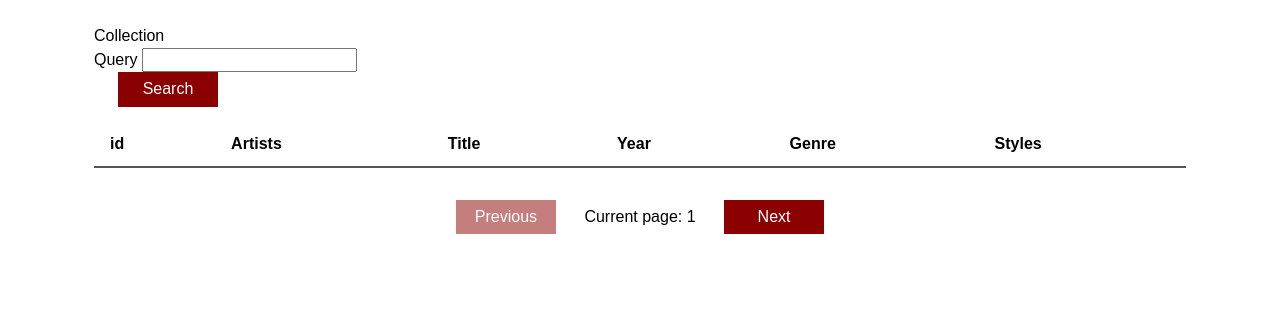
Repository: ivan-baljkas/pristupni_zadatak
Page: / (app in frontend/react-akademija-master/)
These files come from the project's save history. The page is drawn as it stood at one moment and after the next save; the edit follows.
The browser window is 1280 px wide. The pictures show the whole page.
The page's requests for data from a server got no answer. The project was rebuilt for these pictures with package versions that can differ from the ones it lists, and the page was loaded fresh each time. No one was signed in, and anything a server would have sent is missing. Also part of the build but not shown: frontend/react-akademija-master/src/components/TableItem.jsx.

Above is the page before, as saved 2021-07-22 11:16:15.

### frontend/react-akademija-master/public/index.html
<!DOCTYPE html>
<html lang="en">
  <head>
    <meta charset="utf-8" />
    <link rel="icon" href="%PUBLIC_URL%/favicon.ico" />
    <meta name="viewport" content="width=device-width, initial-scale=1" />
    <meta name="theme-color" content="#000000" />
    <meta
      name="description"
      content="Web site created using create-react-app"
    />
    <link rel="apple-touch-icon" href="%PUBLIC_URL%/logo192.png" />
    <!--
      manifest.json provides metadata used when your web app is installed on a
      user's mobile device or desktop. See https://developers.google.com/web/fundamentals/web-app-manifest/
    -->
    <link rel="manifest" href="%PUBLIC_URL%/manifest.json" />
    <!--
      Notice the use of %PUBLIC_URL% in the tags above.
      It will be replaced with the URL of the `public` folder during the build.
      Only files inside the `public` folder can be referenced from the HTML.

      Unlike "/favicon.ico" or "favicon.ico", "%PUBLIC_URL%/favicon.ico" will
      work correctly both with client-side routing and a non-root public URL.
      Learn how to configure a non-root public URL by running `npm run build`.
    -->
    <link rel="stylesheet" type="text/css" href="https://cdnjs.cloudflare.com/ajax/libs/normalize/8.0.1/normalize.min.css">
    <title>Ivan Baljkas</title>
  </head>
  <body>
    <noscript>You need to enable JavaScript to run this app.</noscript>
    <div id="root"></div>
    <!--
      This HTML file is a template.
      If you open it directly in the browser, you will see an empty page.

      You can add webfonts, meta tags, or analytics to this file.
      The build step will place the bundled scripts into the <body> tag.

      To begin the development, run `npm start` or `yarn start`.
      To create a production bundle, use `npm run build` or `yarn build`.
    -->
  </body>
</html>

### frontend/react-akademija-master/src/index.css
body {
  margin: 0;
  font-family: -apple-system, BlinkMacSystemFont, "Segoe UI", "Roboto", "Oxygen",
    "Ubuntu", "Cantarell", "Fira Sans", "Droid Sans", "Helvetica Neue",
    sans-serif;
  -webkit-font-smoothing: antialiased;
  -moz-osx-font-smoothing: grayscale;
}

body {
  max-width: 1140px;
  margin: 0 auto;
  padding: 24px;
  font-family: Arial, sans-serif;
  font-size: 16px;
  line-height: 1.5;
}

h1 {
  margin-top: 0;
}

html {
  box-sizing: border-box;
}
*,
*:before,
*:after {
  box-sizing: inherit;
}

table {
  border-collapse: collapse;
  text-align: left;
  margin-bottom: 2em;
  width: 100%;
}

thead {
  border-bottom: 2px solid #555;
}

thead th,
td {
  padding: 0.6em 1em;
}

tbody tr:nth-child(even) {
  background-color: #e9e9e9;
}

.pagination {
  text-align: center;
}

button {
  margin: 0 1.5em;
  background-color: darkred;
  color: white;
  border-width: 0;
  padding: 0.5em 1em;
  min-width: 100px;
}

button:disabled {
  opacity: 0.5;
}

.stats {
  border-bottom: 1px solid #555;
  padding-bottom: 1em;
  margin-bottom: 1em;
  text-align: center;
}

form div {
  margin-bottom: 1em;
}

form {
  margin-bottom: 2em;
}

form label {
  display: inline-block;
  min-width: 70px;
}

form button,
.result {
  margin-left: 74px;
}

form input {
  padding: 0.25em 0.5em;
}

form label {
  font-weight: bold;
}

### frontend/react-akademija-master/src/App.js
import React, {useState, useEffect} from "react";
import { SearchForm } from "./components/SearchForm";
import { CollectionTable } from "./components/CollectionTable";
import { TableItem } from "./components/TableItem";
import { Pagination } from "./components/Pagination";
//import data from "./data.json";


const App = () => {

  const [state, setState]= useState({
      results:[],
      currentPage:1,
      searchQuery:''
  });

  const [queryResult, setQueryResult]= useState('');


  /* Dohvaćanje kolekcije */
useEffect(() => {
  fetch(`https://api.discogs.com/users/adrianmusiccollector/collection/folders/0/releases?page=${state.currentPage}`)
    /* Dohvaćanje API URL-a sa prosljeđenom paginacijom */
    .then((data) => data.json())
    .then((data) => {
      /* Dopuniti sa state update funkcijom */
      const items = data.releases
      setState({...state, results:items})
    })
    .catch((error)=>{
        console.log('Error: ',error);
    });
}, []);

const handleSearch = (searchQuery) => {
  fetch(
    `https://api.discogs.com/database/search?q=${searchQuery}&key=OxnCHJEetGbikaamOyaK&secret=wQCIuWuanmRVVeWqNVFWMfSJldHbqnAi`
  )
    .then((data) => data.json())
    .then((data) => {
      setQueryResult(
        Boolean(data.results.length) ? data.results[0].title : "No results"
      );
    });
};

  return (
    <div>
      <header>
        Collection
      </header>
      <SearchForm state={state} queryState={[queryResult, setQueryResult]} handleSearch={handleSearch} >
          {queryResult}
        </SearchForm>
        <CollectionTable>
        {state.results.map(release=>(
          <TableItem id={release.id} {...release}/>
        ))}
        </CollectionTable>
        <Pagination currentPage={1} pages={2} />
    </div>
  );
};

export default App;

### frontend/react-akademija-master/src/components/SearchForm.jsx
import React, { Component } from 'react'

export const SearchForm = (props) =>{

    return(
        <div>
            <div>
                <label htmlFor="query">Query </label>
                <input type="text" id="query"/>
            </div>
            <div>
                <button type="button" onClick={props.handleSearch()}>Search</button>
                <p class="result">{props.children}</p>
            </div>

        </div>
    );
};

### frontend/react-akademija-master/src/components/CollectionTable.jsx
import React, { Component } from 'react'
import { TableItem } from './TableItem';
export const CollectionTable = (props) =>{

    return(
        <div>
            <table>
            <thead>
                <tr>
                    <th>id</th>
                    <th>Artists</th>
                    <th>Title</th>
                    <th>Year</th>
                    <th>Genre</th>
                    <th>Styles</th>
                </tr>
            </thead>
             <tbody>
                {props.children}
            </tbody>

            </table>
        </div>
    );
};

### frontend/react-akademija-master/src/components/Pagination.jsx
import React, { Component } from 'react'

export const Pagination = (props) =>{

    return(
        <div className="pagination">
            <button type="button" disabled = {props.currentPage === 1}>Previous</button>
             <span>  Current page:  {props.currentPage} </span>
             <button type="button"disabled = {props.currentPage === props.pages}>Next</button>
        </div>
    );
};

Loaded but not shown: frontend/react-akademija-master/src/index.js (common file); frontend/react-akademija-master/src/reportWebVitals.js (common file)

After the next save:
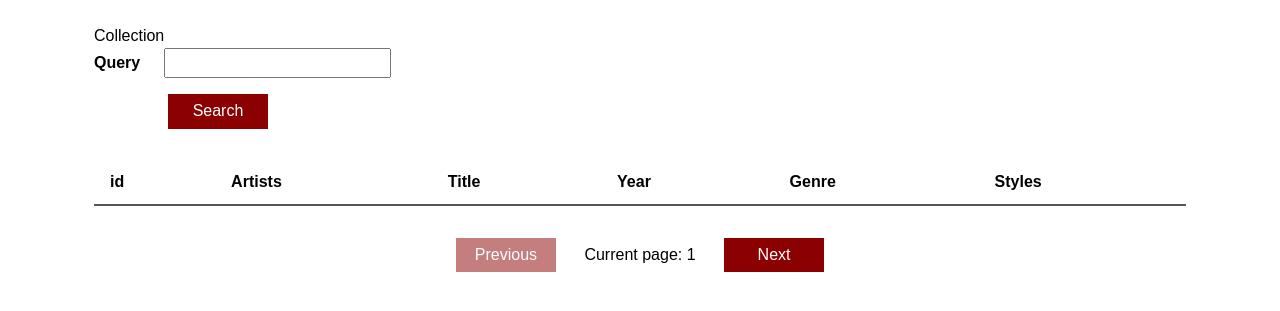
Saved 2 min 13 s later.
--- a/frontend/react-akademija-master/src/components/SearchForm.jsx
+++ b/frontend/react-akademija-master/src/components/SearchForm.jsx
@@ -4,7 +4,9 @@ export const SearchForm = (props) =>{
 
     return(
         <div>
+            <form>
             <div>
+
                 <label htmlFor="query">Query </label>
                 <input type="text" id="query"/>
             </div>
@@ -13,6 +15,8 @@ export const SearchForm = (props) =>{
                 <p class="result">{props.children}</p>
             </div>
 
+            </form>
+
         </div>
     );
 };
